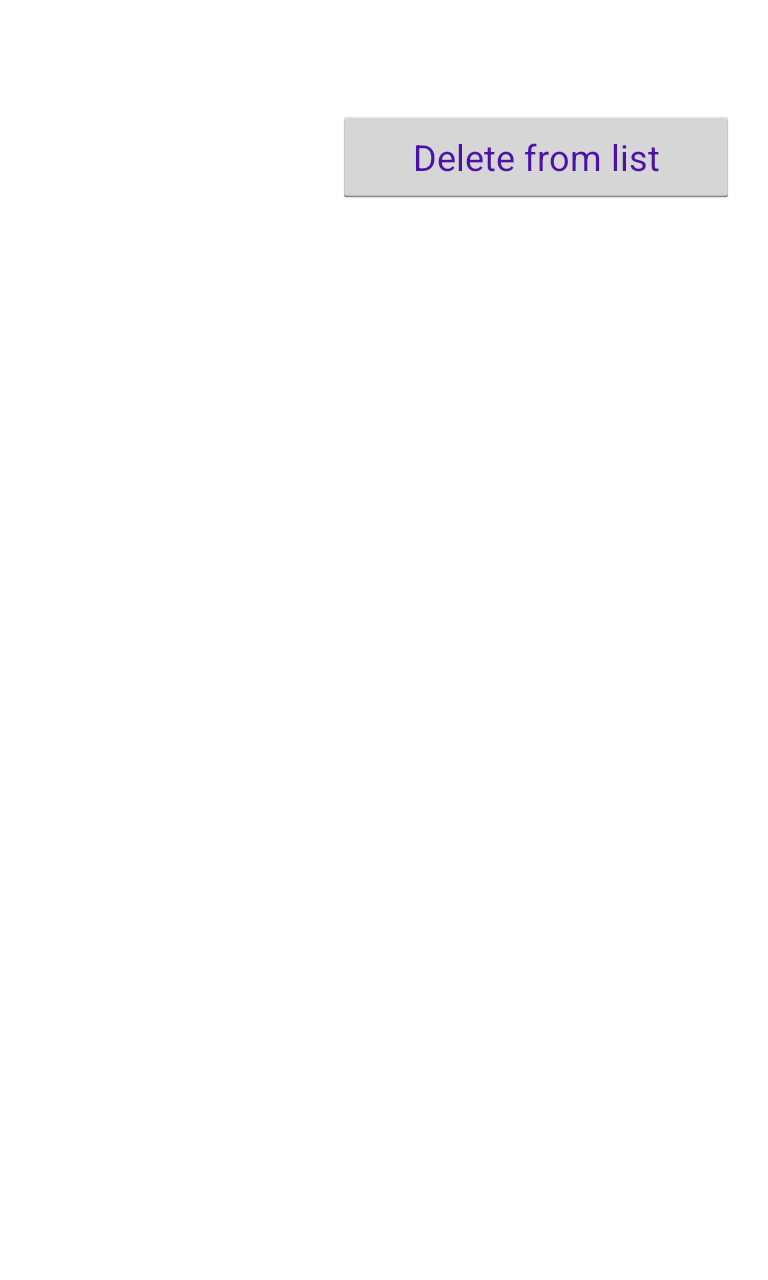
Repository: harvard-lil/wtwba-android-app
Layout: wtwba/res/layout/activity_delete_item.xml
An editor plug-in stored every save of this project. The layout is shown before and after the next save, followed by the edit.
It is drawn on a 768 x 1280 px phone screen (xhdpi) without system bars, with theme AppTheme; the app's code is not run.

Above is the layout before, as saved 2013-03-14 18:24:11.

### wtwba/res/layout/activity_delete_item.xml
<?xml version="1.0" encoding="utf-8"?>
<LinearLayout xmlns:android="http://schemas.android.com/apk/res/android"
    android:layout_width="fill_parent"
    android:layout_height="fill_parent"
    android:paddingLeft="16dp"
    android:paddingRight="16dp"
    android:orientation="vertical" >

    <TextView
        android:id="@+id/title_preview"
        android:layout_width="fill_parent"
        android:layout_height="wrap_content"
        android:layout_marginTop="15dip"
        android:layout_marginBottom="15dip"
        android:textAppearance="?android:attr/textAppearanceMedium"
         />

    <Button
        android:layout_width="200dp"
        android:layout_height="wrap_content"
        android:layout_gravity="right"
        android:textColor="#4c11a9"
        android:text="@string/button_confirm_delete"
        android:onClick="deleteItem"/>
</LinearLayout>

### wtwba/res/values/strings.xml
<?xml version="1.0" encoding="utf-8"?>
<resources>

    <string name="app_name">wtwba</string>
    <string name="main_activity_title">Where the Wild Books Are</string>
    <string name="activity_item_details_title">Wild Books</string>
    <string name="activity_scan_title">Wild Books</string>
    <string name="activity_manage_user_title">Wild Books | Manage User</string>
    <string name="activity_location_title">Select your current location</string>
    <string name="user_name_box_label">Enter your assigned user key</string>
    <string name="edit_message">Enter a message</string>
    <string name="loading_message">Loading</string>


    <string name="button_confirm_delete">Delete from list</string>
    <string name="activity_delete_title">Delete an item</string>

    <string name="button_scan">Scan</string>
    <string name="button_item_confrim">Return home</string>
    <string name="button_add">Add to list</string>
    <string name="button_save_user_name">Save user key</string>
    <string name="menu_settings">Settings</string>
    <string name="title_activity_main">MainActivity</string>
    <string name="hello_world">Hello world!</string>
    <string name="title_holder">Sample Title Here</string>
    <string name="connection_error">Unable to connect to network</string>
    <string name="title_activity_display_message">DisplayMessageActivity</string>
    <string name="empty_list">You haven\'t added any items.</string>

</resources>

Loaded but not shown: wtwba/res/values-v11/styles.xml (common file); wtwba/res/values-v14/styles.xml (common file); wtwba/res/values/styles.xml (common file)

After the next save:
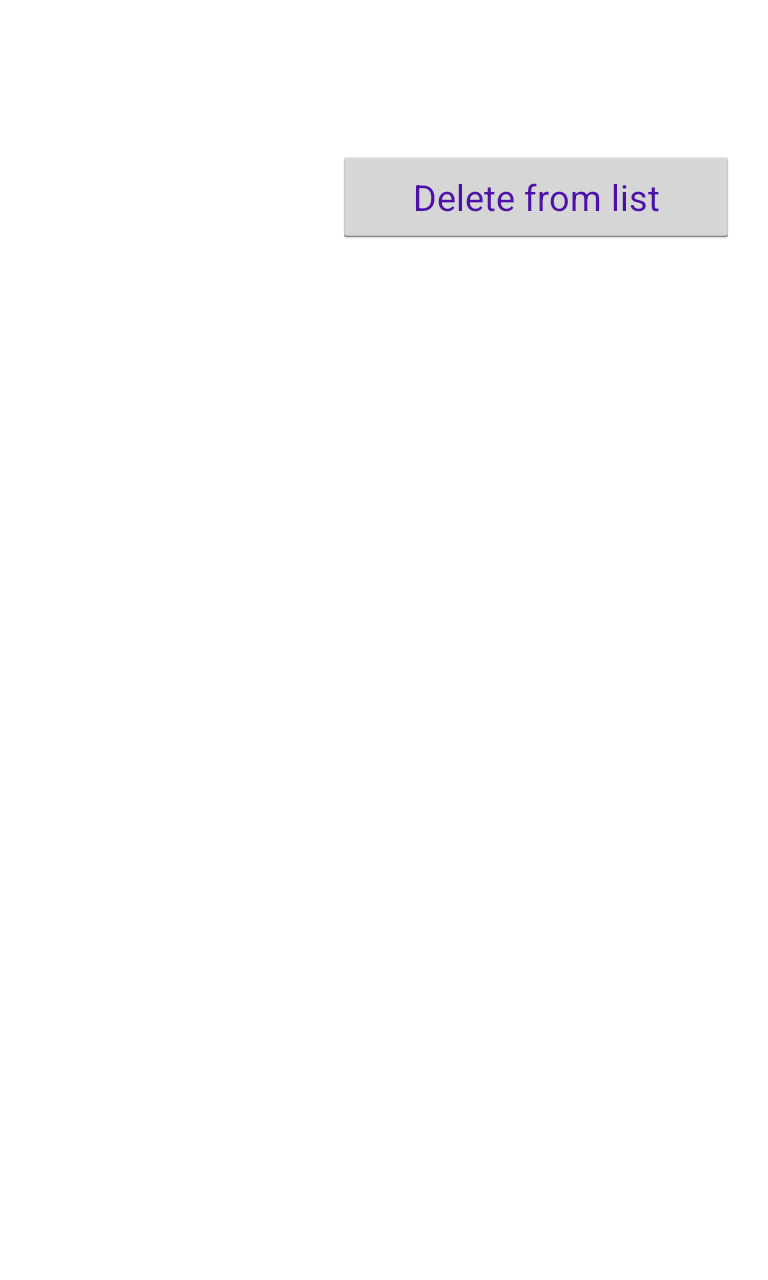
Saved 28 s later.
--- a/wtwba/res/layout/activity_delete_item.xml
+++ b/wtwba/res/layout/activity_delete_item.xml
@@ -11,7 +11,7 @@
         android:layout_width="fill_parent"
         android:layout_height="wrap_content"
         android:layout_marginTop="15dip"
-        android:layout_marginBottom="15dip"
+        android:layout_marginBottom="35dip"
         android:textAppearance="?android:attr/textAppearanceMedium"
          />
 
